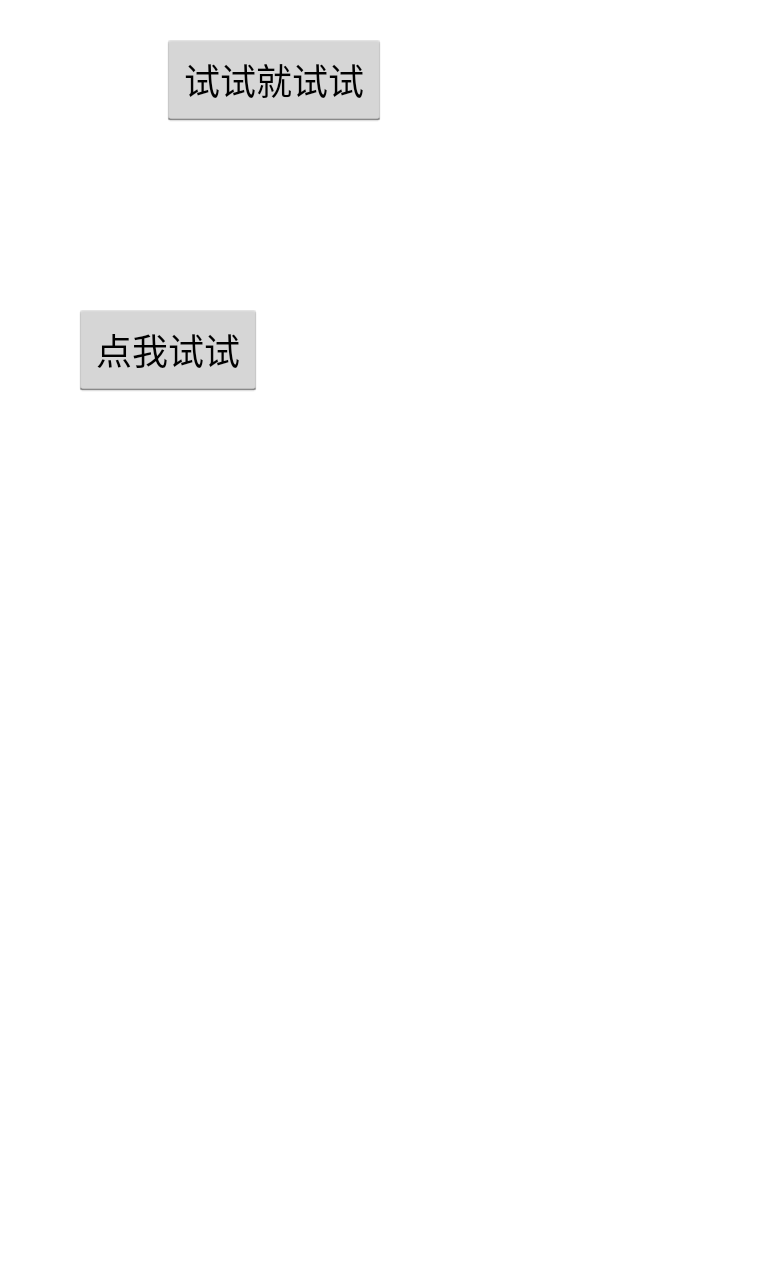
Repository: 17390089054/android
Layout: ProgressDialog/res/layout/activity_main.xml
These files come from the project's save history. The layout is drawn as it stood at one moment and after the next save; the edit follows.
It is drawn on a 768 x 1280 px phone screen (xhdpi) without system bars, with theme AppTheme; the app's code is not run.

Above is the layout before, as saved 2018-04-28 13:12:39.

After the next save:
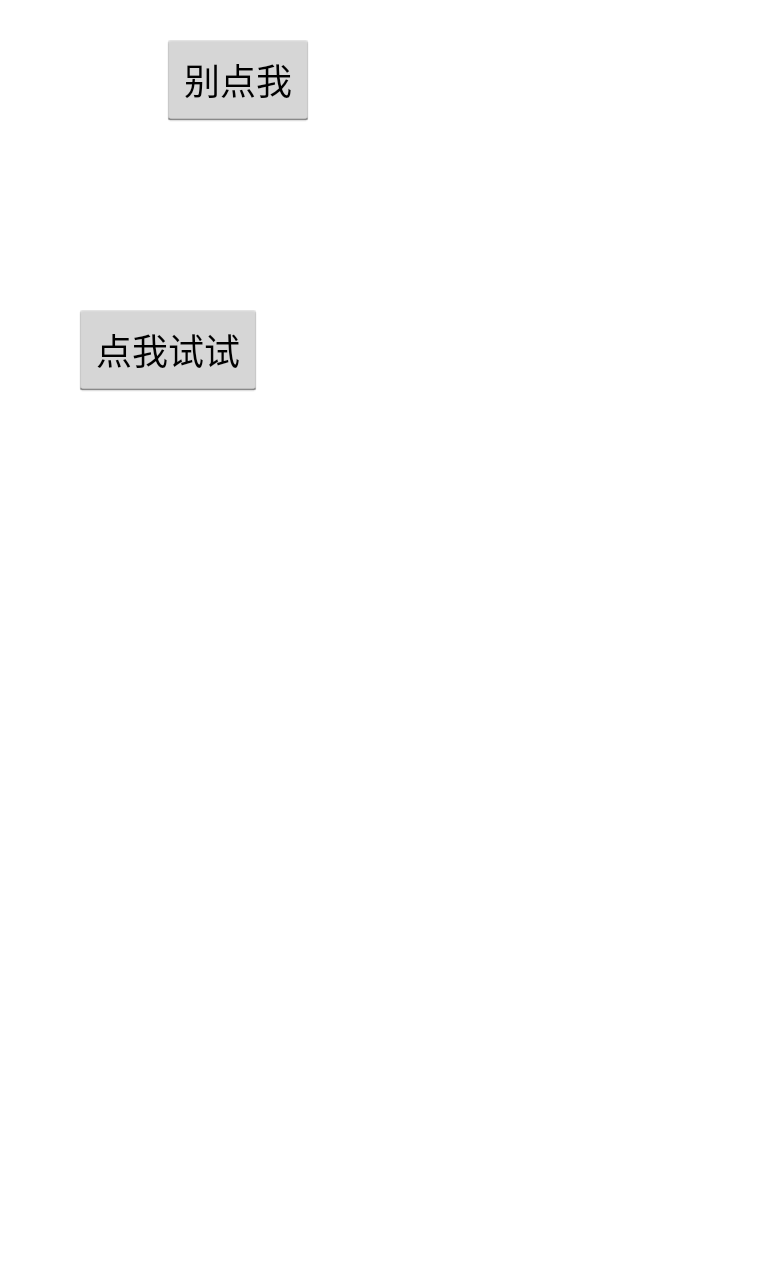
Saved 6 s later.
--- a/ProgressDialog/res/layout/activity_main.xml
+++ b/ProgressDialog/res/layout/activity_main.xml
@@ -26,6 +26,6 @@
         android:layout_alignBottom="@+id/button1"
         android:layout_marginLeft="64dp"
         android:layout_toRightOf="@+id/button1"
-        android:text="试试就试试" />
+        android:text="别点我" />
 
 </RelativeLayout>
